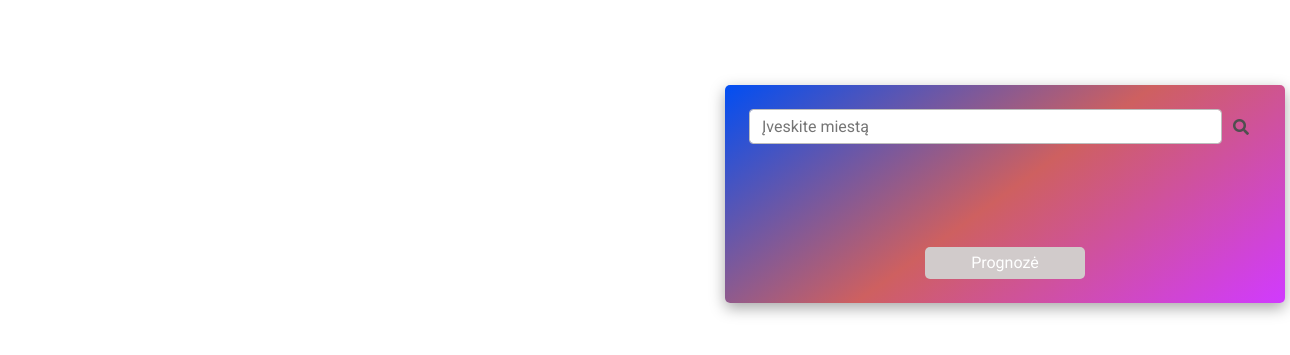
Repository: daxazz1/Weather-app
Page: index.html
These files come from the project's save history. The page is drawn as it stood at one moment and after a run of saves; the edit follows.
The browser window is 1280 px wide. The page is 1290 px wide, then 1280 px, so the pictures cover 1290 px, including what lies to the right of the window. The pictures show the whole page.
Some web fonts or font styles are not loaded; a fallback is used. Some web libraries are served in a nearby version.

Above is the page before, as saved 2021-11-08 12:31:18.

After the next 2 saves:
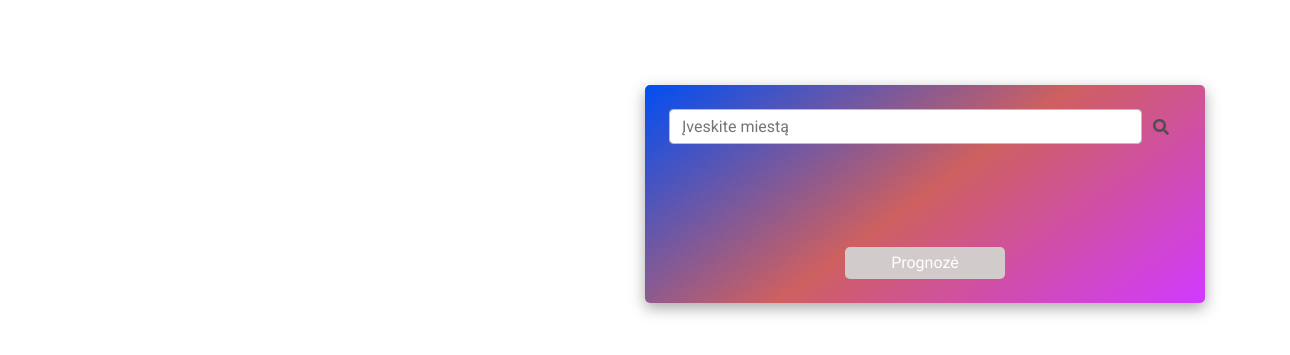
The 2 saves are shown as one change because they came seconds apart.
The last was saved 21 s later.
--- a/style.css
+++ b/style.css
@@ -3,7 +3,7 @@
   height: auto;
   display: block;
   padding-top: 5rem;
-  margin: 0 100vh;
+  margin: 0 50%;
 }
 #wrapper1,
 #wrapper2 {
